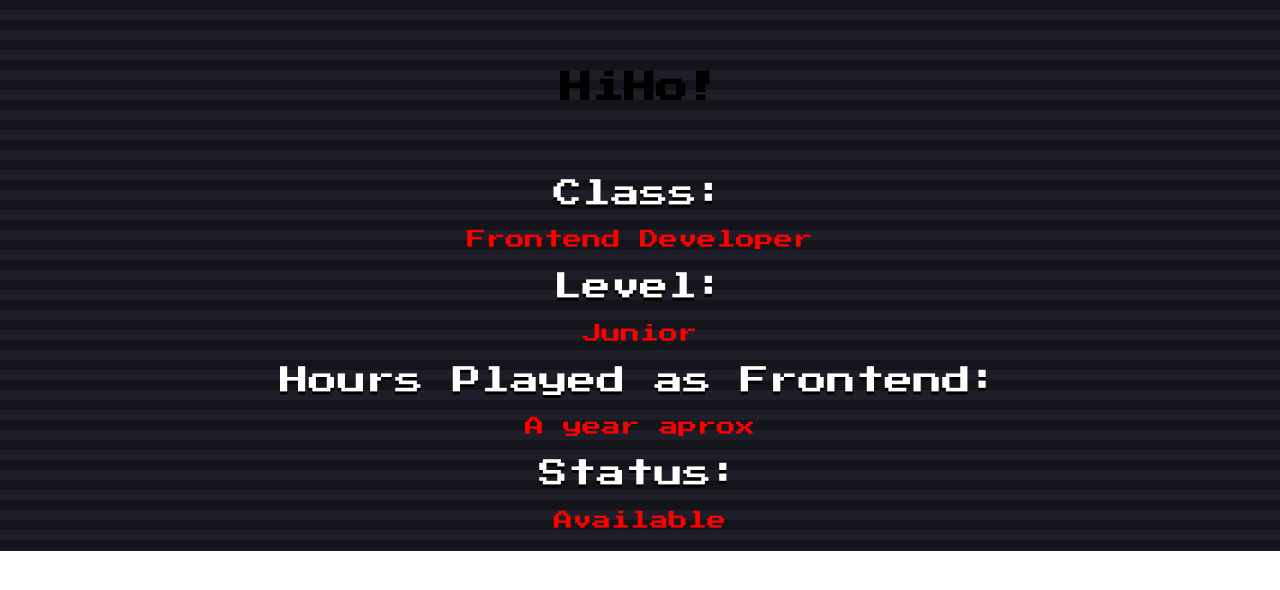
Repository: sernalab/soon
Page: index.html
The author's editor kept a copy of each file at every save. The page is drawn from the files as they stood at one save, then again after the next save.
The browser window is 1280 px wide. The pictures show the whole page.
Some web fonts or font styles are not loaded; a fallback is used.

Above is the page before, as saved 2018-12-27 00:27:10.

### index.html
<!DOCTYPE html>
<html lang="en">

<head>
    <meta charset="UTF-8">
    <meta name="viewport" content="width=device-width, initial-scale=1.0">
    <meta http-equiv="X-UA-Compatible" content="ie=edge">
    <title>Lulz</title>
    <link rel="stylesheet" href="css/styles.css">
    <link href="https://fonts.googleapis.com/css?family=Aldrich" rel="stylesheet">
    <link href="https://fonts.googleapis.com/css?family=Press+Start+2P" rel="stylesheet">

</head>

<body>
    <main>
        <h1>HiHo!</h1>
        <span>Class:</span>
        <p> Frontend Developer</p>
        <span>Level:</span>
        <p>Junior</p>
        <span>Hours Played as Frontend:</span>
        <p>A year aprox</p>
        <span>Status:</span>
        <p>Available</p>
        <!-- 14151b 1d1e27-->
    </main>
</body>

<script>
    // google analitycs
</script>

</html>

### css/styles.css
/*! normalize.css v8.0.1 | MIT License | github.com/necolas/normalize.css */


/* Document
   ========================================================================== */


/**
 * 1. Correct the line height in all browsers.
 * 2. Prevent adjustments of font size after orientation changes in iOS.
 */

html {
    line-height: 1.15;
    /* 1 */
    -webkit-text-size-adjust: 100%;
    /* 2 */
}


/* Sections
   ========================================================================== */


/**
 * Remove the margin in all browsers.
 */

body {
    margin: 0;
}


/**
 * Render the `main` element consistently in IE.
 */

main {
    display: block;
}


/**
 * Correct the font size and margin on `h1` elements within `section` and
 * `article` contexts in Chrome, Firefox, and Safari.
 */

h1 {
    font-size: 2em;
    margin: 0.67em 0;
}


/* Grouping content
   ========================================================================== */


/**
 * 1. Add the correct box sizing in Firefox.
 * 2. Show the overflow in Edge and IE.
 */

hr {
    box-sizing: content-box;
    /* 1 */
    height: 0;
    /* 1 */
    overflow: visible;
    /* 2 */
}


/**
 * 1. Correct the inheritance and scaling of font size in all browsers.
 * 2. Correct the odd `em` font sizing in all browsers.
 */

pre {
    font-family: monospace, monospace;
    /* 1 */
    font-size: 1em;
    /* 2 */
}


/* Text-level semantics
   ========================================================================== */


/**
 * Remove the gray background on active links in IE 10.
 */

a {
    background-color: transparent;
}


/**
 * 1. Remove the bottom border in Chrome 57-
 * 2. Add the correct text decoration in Chrome, Edge, IE, Opera, and Safari.
 */

abbr[title] {
    border-bottom: none;
    /* 1 */
    text-decoration: underline;
    /* 2 */
    text-decoration: underline dotted;
    /* 2 */
}


/**
 * Add the correct font weight in Chrome, Edge, and Safari.
 */

b,
strong {
    font-weight: bolder;
}


/**
 * 1. Correct the inheritance and scaling of font size in all browsers.
 * 2. Correct the odd `em` font sizing in all browsers.
 */

code,
kbd,
samp {
    font-family: monospace, monospace;
    /* 1 */
    font-size: 1em;
    /* 2 */
}


/**
 * Add the correct font size in all browsers.
 */

small {
    font-size: 80%;
}


/**
 * Prevent `sub` and `sup` elements from affecting the line height in
 * all browsers.
 */

sub,
sup {
    font-size: 75%;
    line-height: 0;
    position: relative;
    vertical-align: baseline;
}

sub {
    bottom: -0.25em;
}

sup {
    top: -0.5em;
}


/* Embedded content
   ========================================================================== */


/**
 * Remove the border on images inside links in IE 10.
 */

img {
    border-style: none;
}


/* Forms
   ========================================================================== */


/**
 * 1. Change the font styles in all browsers.
 * 2. Remove the margin in Firefox and Safari.
 */

button,
input,
optgroup,
select,
textarea {
    font-family: inherit;
    /* 1 */
    font-size: 100%;
    /* 1 */
    line-height: 1.15;
    /* 1 */
    margin: 0;
    /* 2 */
}


/**
 * Show the overflow in IE.
 * 1. Show the overflow in Edge.
 */

button,
input {
    /* 1 */
    overflow: visible;
}


/**
 * Remove the inheritance of text transform in Edge, Firefox, and IE.
 * 1. Remove the inheritance of text transform in Firefox.
 */

button,
select {
    /* 1 */
    text-transform: none;
}


/**
 * Correct the inability to style clickable types in iOS and Safari.
 */

button,
[type="button"],
[type="reset"],
[type="submit"] {
    -webkit-appearance: button;
}


/**
 * Remove the inner border and padding in Firefox.
 */

button::-moz-focus-inner,
[type="button"]::-moz-focus-inner,
[type="reset"]::-moz-focus-inner,
[type="submit"]::-moz-focus-inner {
    border-style: none;
    padding: 0;
}


/**
 * Restore the focus styles unset by the previous rule.
 */

button:-moz-focusring,
[type="button"]:-moz-focusring,
[type="reset"]:-moz-focusring,
[type="submit"]:-moz-focusring {
    outline: 1px dotted ButtonText;
}


/**
 * Correct the padding in Firefox.
 */

fieldset {
    padding: 0.35em 0.75em 0.625em;
}


/**
 * 1. Correct the text wrapping in Edge and IE.
 * 2. Correct the color inheritance from `fieldset` elements in IE.
 * 3. Remove the padding so developers are not caught out when they zero out
 *    `fieldset` elements in all browsers.
 */

legend {
    box-sizing: border-box;
    /* 1 */
    color: inherit;
    /* 2 */
    display: table;
    /* 1 */
    max-width: 100%;
    /* 1 */
    padding: 0;
    /* 3 */
    white-space: normal;
    /* 1 */
}


/**
 * Add the correct vertical alignment in Chrome, Firefox, and Opera.
 */

progress {
    vertical-align: baseline;
}


/**
 * Remove the default vertical scrollbar in IE 10+.
 */

textarea {
    overflow: auto;
}


/**
 * 1. Add the correct box sizing in IE 10.
 * 2. Remove the padding in IE 10.
 */

[type="checkbox"],
[type="radio"] {
    box-sizing: border-box;
    /* 1 */
    padding: 0;
    /* 2 */
}


/**
 * Correct the cursor style of increment and decrement buttons in Chrome.
 */

[type="number"]::-webkit-inner-spin-button,
[type="number"]::-webkit-outer-spin-button {
    height: auto;
}


/**
 * 1. Correct the odd appearance in Chrome and Safari.
 * 2. Correct the outline style in Safari.
 */

[type="search"] {
    -webkit-appearance: textfield;
    /* 1 */
    outline-offset: -2px;
    /* 2 */
}


/**
 * Remove the inner padding in Chrome and Safari on macOS.
 */

[type="search"]::-webkit-search-decoration {
    -webkit-appearance: none;
}


/**
 * 1. Correct the inability to style clickable types in iOS and Safari.
 * 2. Change font properties to `inherit` in Safari.
 */

::-webkit-file-upload-button {
    -webkit-appearance: button;
    /* 1 */
    font: inherit;
    /* 2 */
}


/* Interactive
   ========================================================================== */


/*
 * Add the correct display in Edge, IE 10+, and Firefox.
 */

details {
    display: block;
}


/*
 * Add the correct display in all browsers.
 */

summary {
    display: list-item;
}


/* Misc
   ========================================================================== */


/**
 * Add the correct display in IE 10+.
 */

template {
    display: none;
}


/**
 * Add the correct display in IE 10.
 */

[hidden] {
    display: none;
}


/* custom css */

body {
    font-family: 'Press Start 2P';
    background: repeating-linear-gradient( #14151b, #14151b 10px, #1d1e27 10px, #1d1e27 20px);
    background-repeat: no-repeat;
    height: -webkit-fill-available;
}

main {
    display: flex;
    flex-direction: column;
    align-items: center;
}

h1 {
    margin: 70px 0;
}

span {
    color: white;
    font-size: 1.8em;
    text-shadow: 0 .1em 0 #000;
}

p {
    font-size: 1.2em;
    color: red;
}

After the next save:
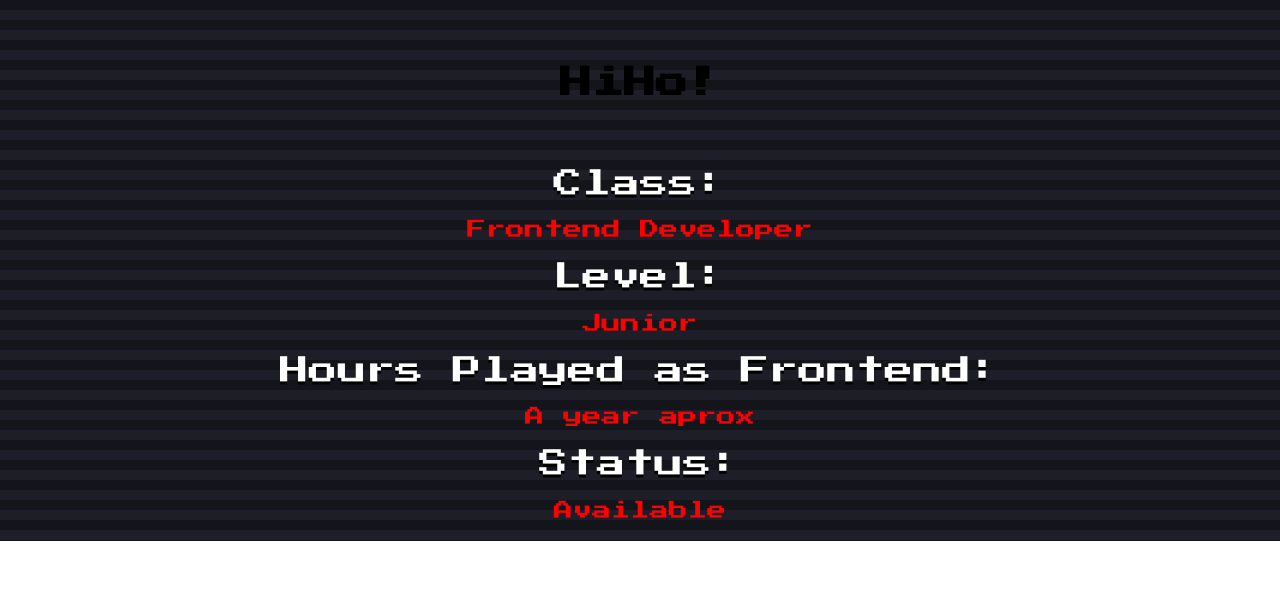
Saved 7 s later.
--- a/css/styles.css
+++ b/css/styles.css
@@ -435,7 +435,7 @@ main {
 }
 
 h1 {
-    margin: 70px 0;
+    margin: 65px 0;
 }
 
 span {
